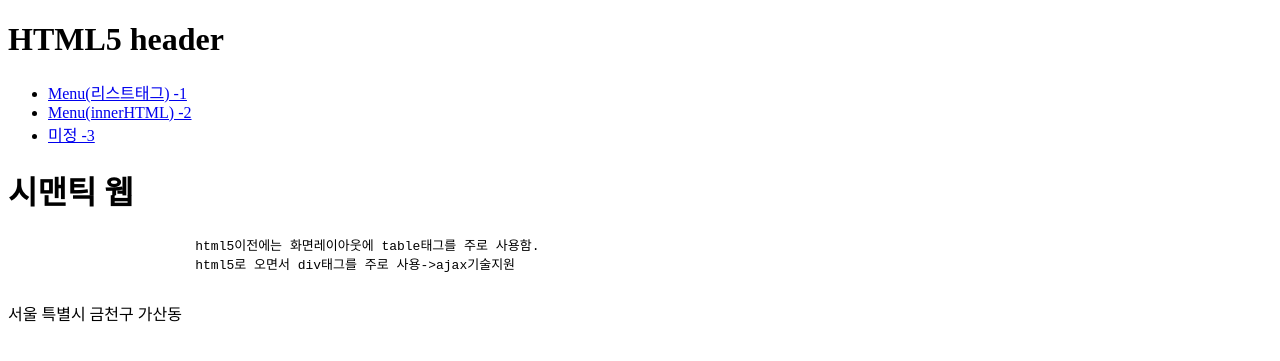
Repository: rightsecond3/java52
Page: workspace_script/dev_html/WebContent/html_semantic/afterSemantic.html
These files come from the project's save history. The page is drawn as it stood at one moment and after the next save; the edit follows.
The browser window is 1280 px wide. The pictures show the whole page.

Above is the page before, as saved 2019-06-10 01:48:23.

After the next save:
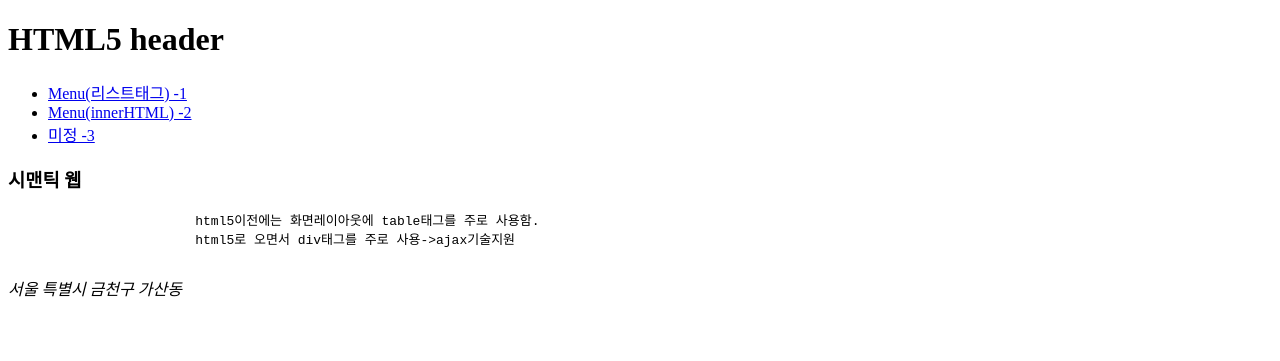
Saved 2 min 48 s later.
--- a/workspace_script/dev_html/WebContent/html_semantic/afterSemantic.html
+++ b/workspace_script/dev_html/WebContent/html_semantic/afterSemantic.html
@@ -11,31 +11,33 @@
 <!-- 스타일시트(CSS), Javascript코드 -->
 <body>
 <!-- 페이지의 헤더 부분 -->
-	<div>
+	<header>
 		<h1>HTML5 header</h1>
-	</div>
-	<div>
+	</header>
 <!-- 페이지의 메뉴 부분 -->
+	<nav>
 		<ul>
 			<li><a href="../html_list/listTag_1.html">Menu(리스트태그) -1</a>
 			<li><a href="../html_day2/innerHTMLTest.html">Menu(innerHTML) -2</a>
 			<li><a href="#">미정 -3</a>
 		</ul>
-	</div>
+	</nav>
 <!-- 내용 영역 -->
-	<div>
+	<section>
+		<article>
 		<h1>시맨틱 웹</h1>
 		<!-- 작성한 내용 그대로 출력 pre태그 -->
 		<pre>
 			html5이전에는 화면레이아웃에 table태그를 주로 사용함.
 			html5로 오면서 div태그를 주로 사용->ajax기술지원
 		</pre>
-	</div>
+		</article>
+	</section>
 <!-- 주소 -->
 <!-- div태그와 span태그는 공간을 분할하는 태그(시각적인 변화가 없다.) -->
-	<div>
+	<footer>
 	<!-- CSS에서 주로 사용하는 span태그(부분적으로 디자인을 변경, 지정해 줄때) -->
-		<span>서울 특별시 금천구 가산동</span>
-	</div>
+		<address>서울 특별시 금천구 가산동</address>
+	</footer>
 </body>
 </html>
